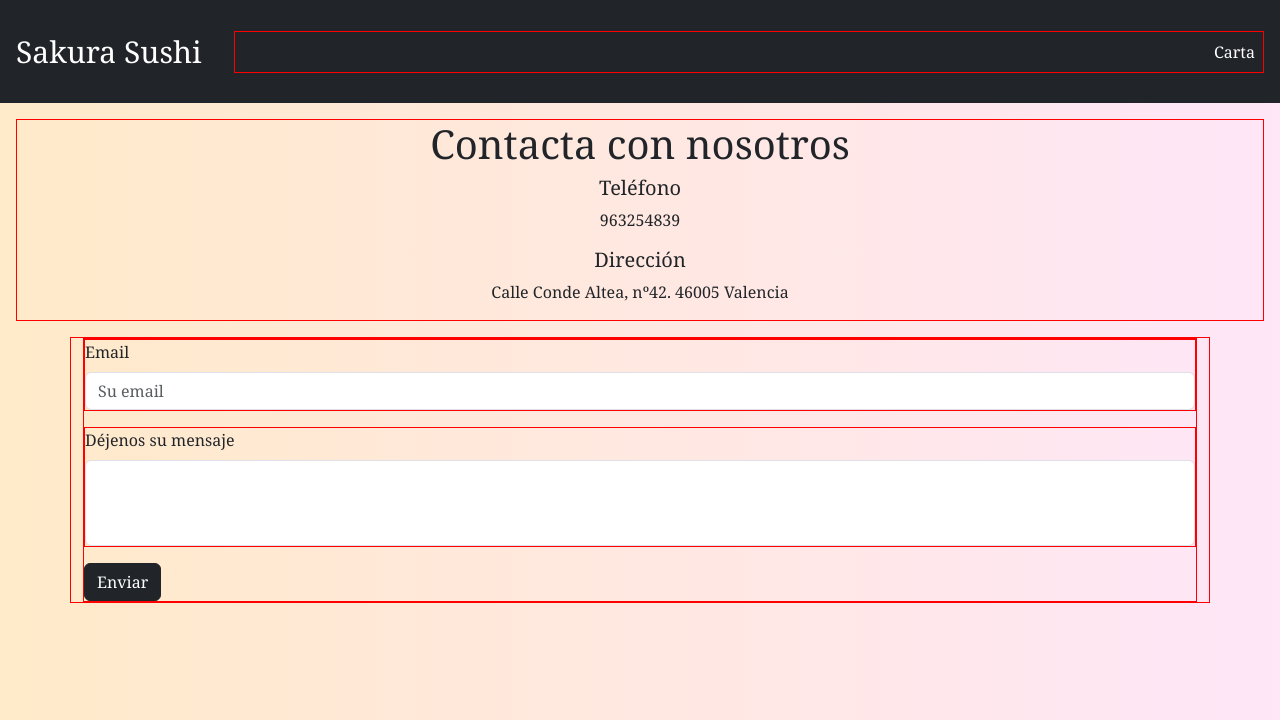
Repository: aipacheco/Fuji-restaurante
Page: contact.html
The author's editor kept a copy of each file at every save. The page is drawn from the files as they stood at one save, then again after the next save.
The browser window is 1280 px wide. The pictures show the whole page.
Some web libraries are served in a nearby version.

Above is the page before, as saved 2024-01-27 11:44:30.

After the next save:
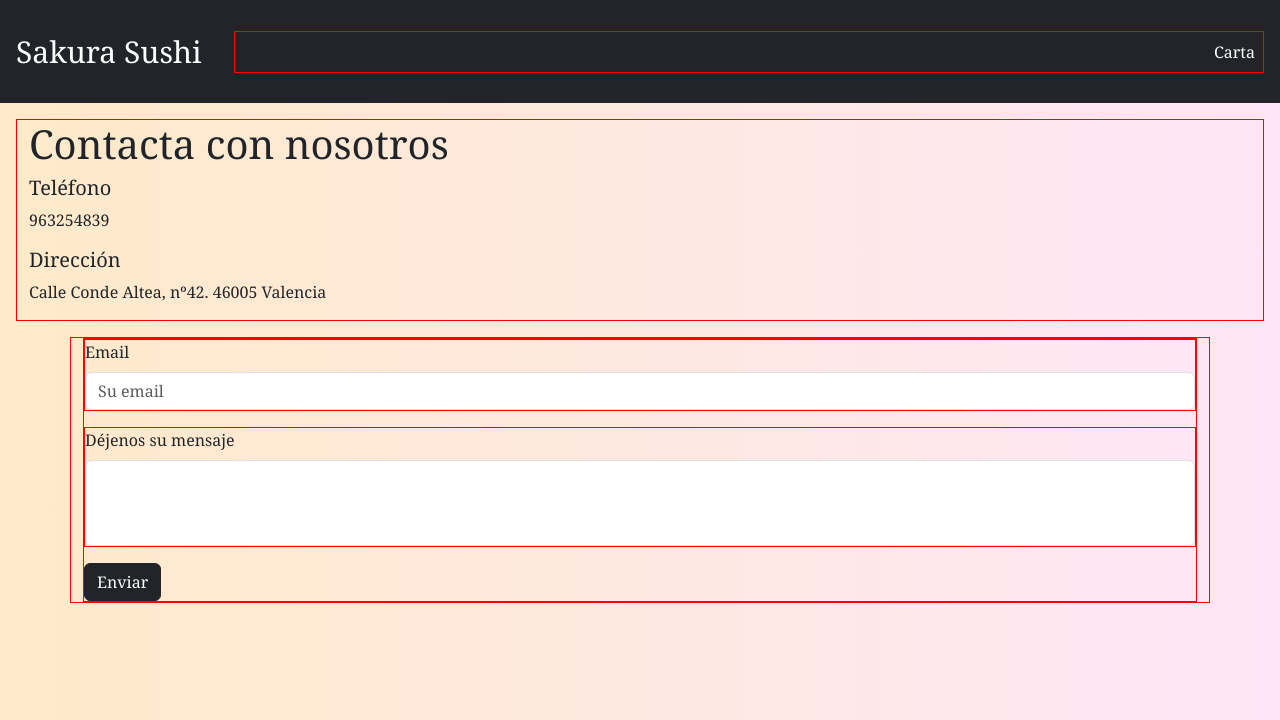
Saved 17 s later.
--- a/contact.html
+++ b/contact.html
@@ -45,7 +45,7 @@
       </div>
     </nav>
 
-    <div class="row d-flex justify-content-center text-center m-3">
+    <div class="row d-flex justify-content-center  m-3">
 
         <h1>Contacta con nosotros</h1>
         <h5>Teléfono</h5>

After the 2 saves that followed:
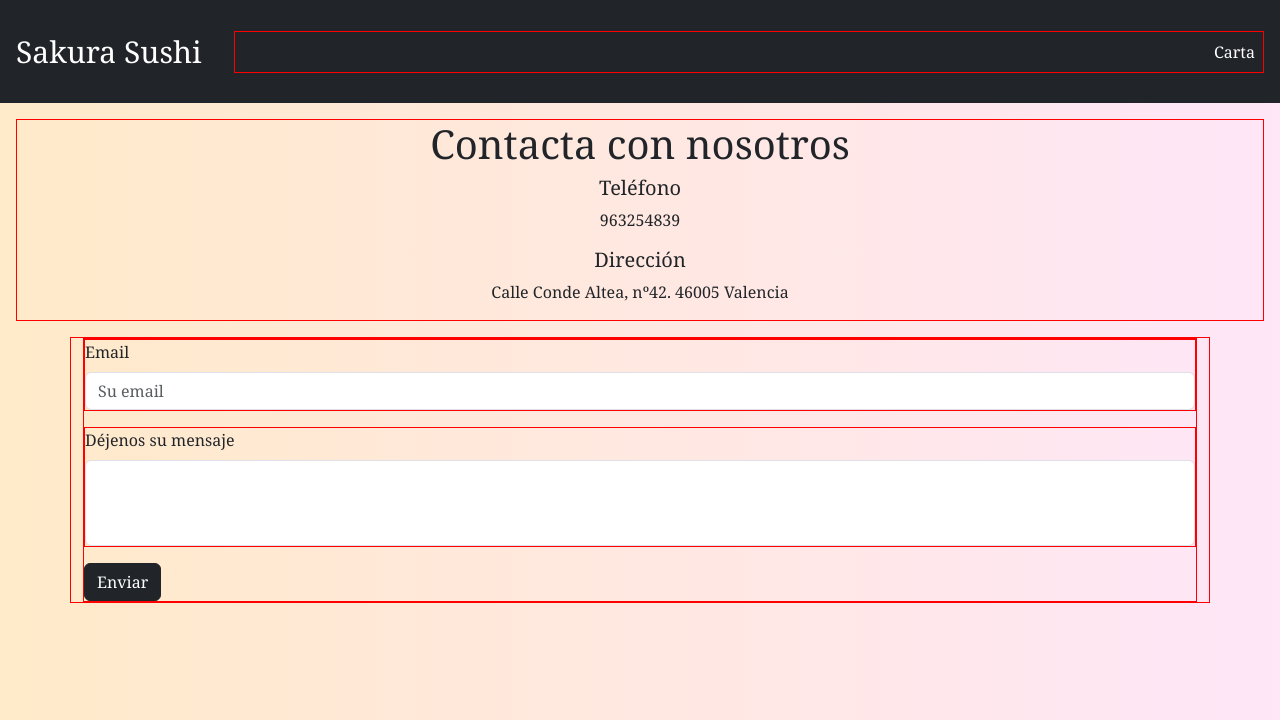
The 2 saves are shown as one change because 1 left the picture as it was.
The last was saved 21 s later.
--- a/contact.html
+++ b/contact.html
@@ -45,7 +45,7 @@
       </div>
     </nav>
 
-    <div class="row d-flex justify-content-center  m-3">
+    <div class="row d-flex justify-content-center text-center m-3">
 
         <h1>Contacta con nosotros</h1>
         <h5>Teléfono</h5>
